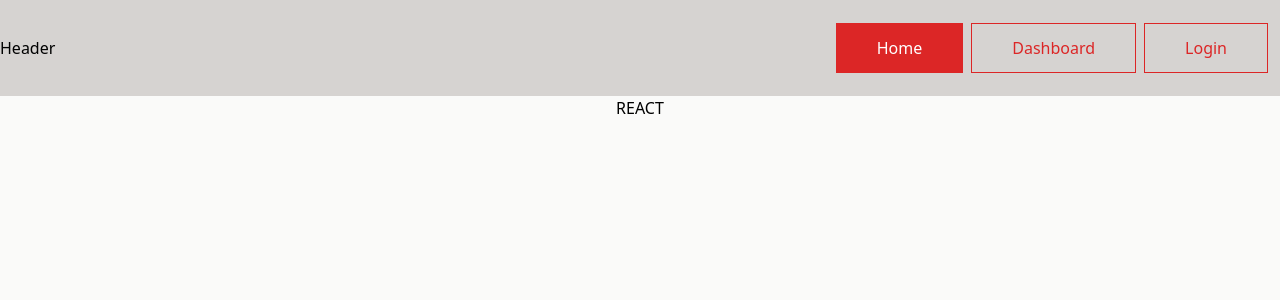
Repository: XavierOtavio/Cuzinhas
Page: /
The author's editor kept a copy of each file at every save. The page is drawn from the files as they stood at one save, then again after the next save.
The browser window is 1280 px wide. The pictures show the whole page.
The project was rebuilt for these pictures with package versions that can differ from the ones it lists, and the page was loaded fresh each time. Also part of the build but not shown: src/components/Dashboard.js.

Above is the page before, as saved 2023-03-08 12:34:13.

After the next save:
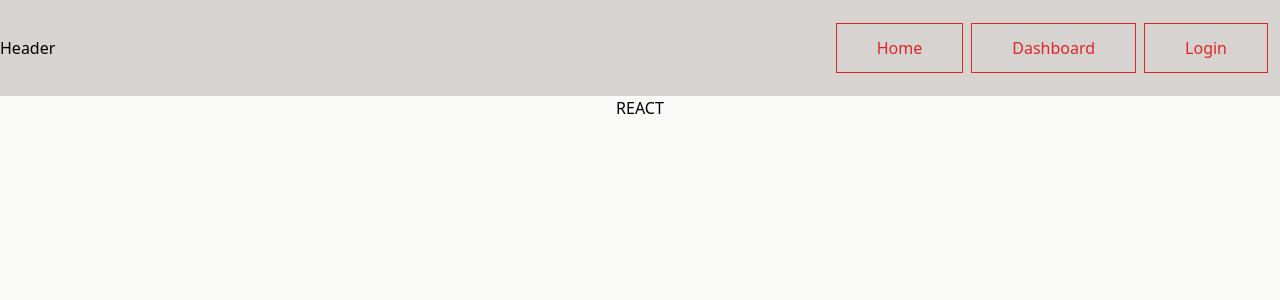
Saved 8 s later.
--- a/src/components/Header.js
+++ b/src/components/Header.js
@@ -7,7 +7,7 @@ function Header() {
       <h1>Header</h1>
       <div className="w-full flex align-baseline justify-end ml-2 mr-3">
         <Link to="/">
-          <button class="block border border-red-600 bg-red-600 px-10 py-3 text-white ml-2 font-medium">
+          <button class="block border border-red-600 bg-stone-300 px-10 py-3 text-red-600 ml-2 font-medium hover:border-red-600 hover:bg-red-600 hover:text-white">
             Home
           </button>
         </Link>
